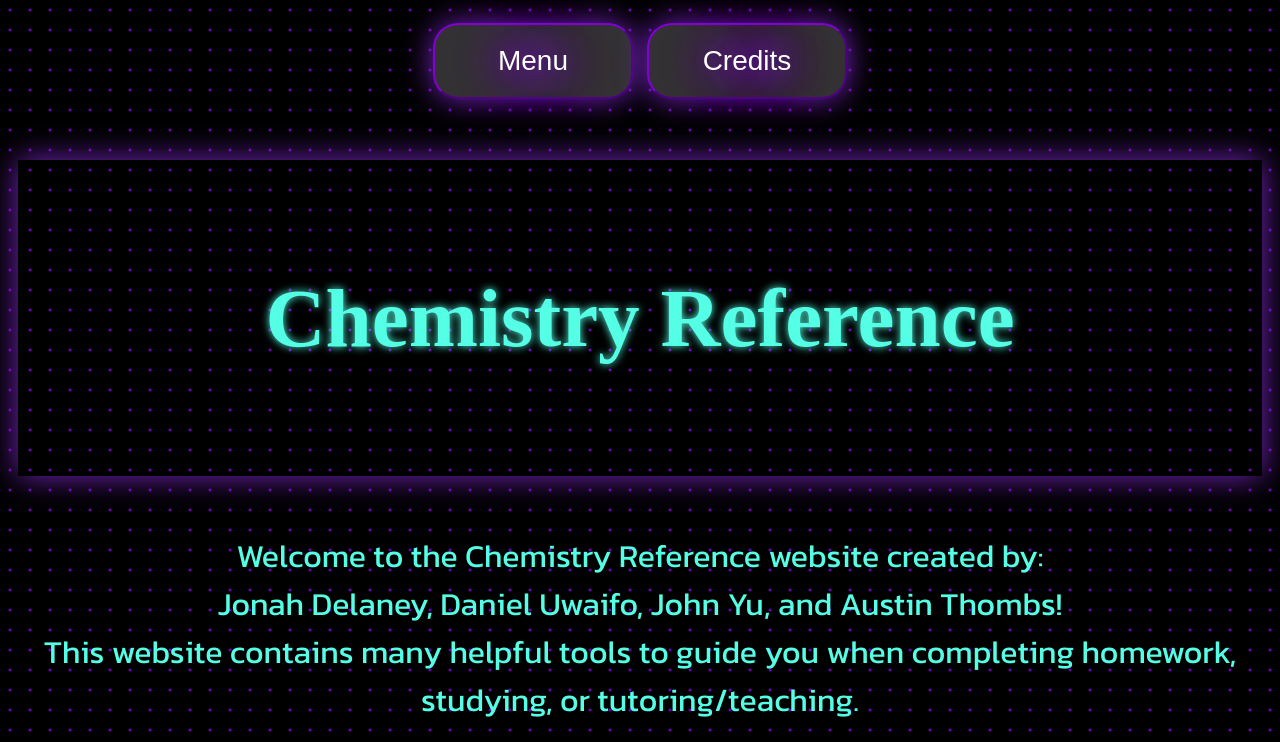
Repository: JonahDelaney/congressionalappchallenge
Page: workspace/Website.html
The author's editor kept a record of every edit. The page is drawn from the files as they stood at one moment, then again after the next edit.
The browser window is 1280 px wide. The pictures show the whole page.
Some web fonts or font styles are not loaded; a fallback is used.

Above is the page before.

After the next edit:
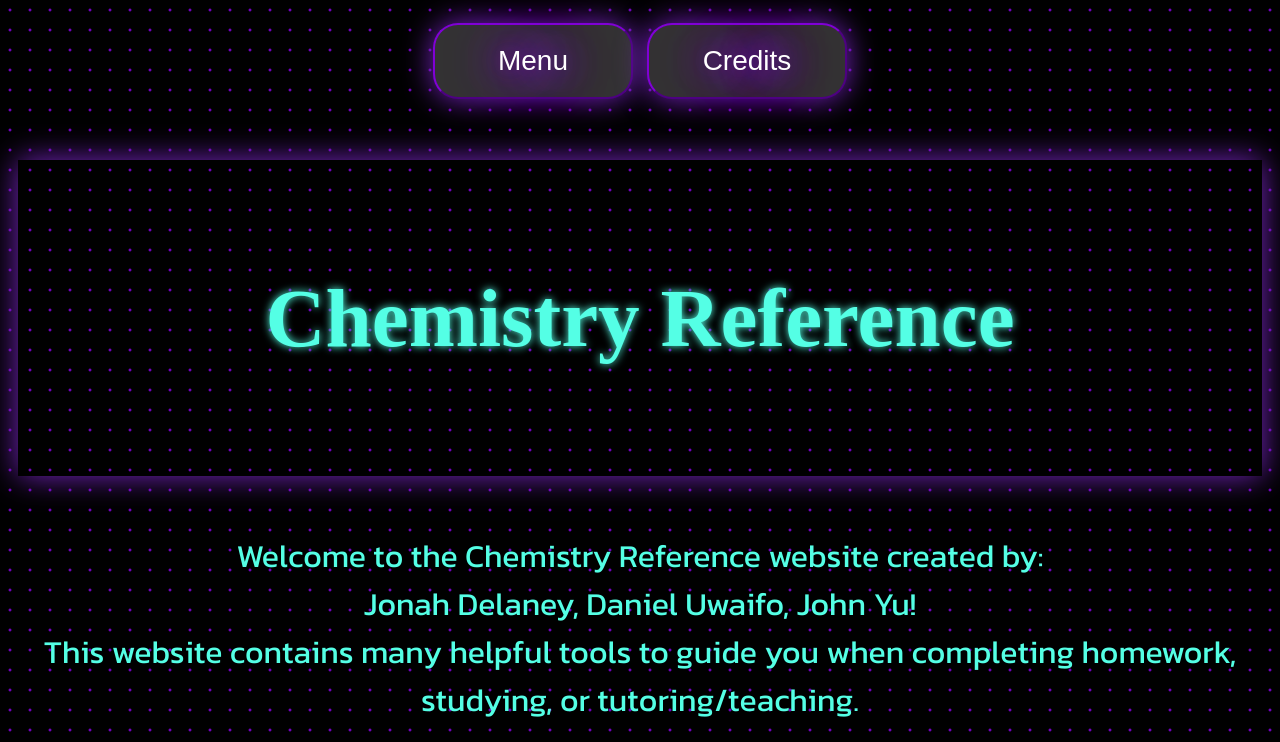
The edit:
--- a/workspace/Website.html
+++ b/workspace/Website.html
@@ -410,7 +410,7 @@
 
     <p1>
         Welcome to the Chemistry Reference website created by:
-        <br> Jonah Delaney, Daniel Uwaifo, John Yu, and Austin Thombs!
+        <br> Jonah Delaney, Daniel Uwaifo, John Yu!
         <br> This website contains many helpful tools to guide you when completing homework, studying, or tutoring/teaching.
     </p1>
 
